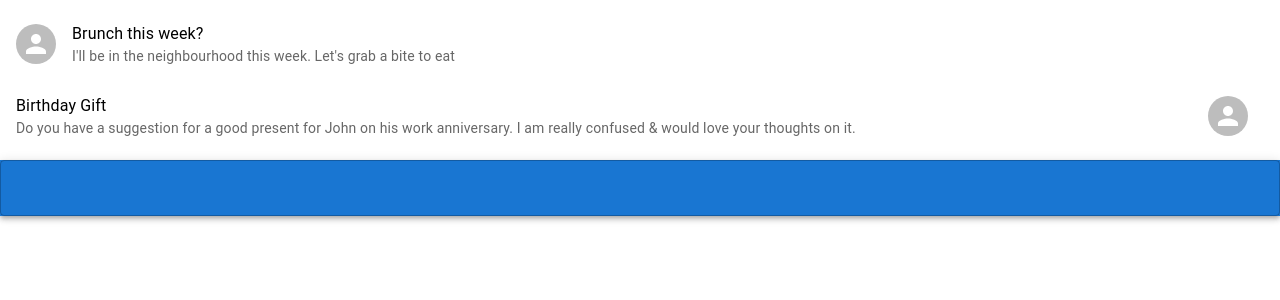
Repository: background-position/midway-react
Page: /chart
These files come from the project's save history. The page is drawn as it stood at one moment and after a run of saves; the edit follows.
The browser window is 1280 px wide. The pictures show the whole page.
The project was rebuilt for these pictures with package versions that can differ from the ones it lists, and the page was loaded fresh each time. Also part of the build but not shown: vite.config.ts, src/service/apis/lambda/index.ts, src/client/pages/login/login.tsx, src/client/pages/register/register.tsx.

Above is the page before, as saved 2021-12-31 18:02:06.

### src/main.tsx
import React from 'react';
import ReactDOM from 'react-dom';
import './index.css';
import App from './client/App';
import { BrowserRouter } from 'react-router-dom';
ReactDOM.render(
    <BrowserRouter>
        <React.StrictMode>
            <App />
        </React.StrictMode>
    </BrowserRouter>,
    document.getElementById('root'),
);

### src/client/App.tsx
import React from 'react';
import { Routes, Route } from 'react-router-dom';
import About from './pages/about/about';
import Login from './pages/login/login';
import Register from './pages/register/register';
import Chart from './pages/chart/index';
function App() {
    return (
        <div className="App">
            <Routes>
                <Route path="/" element={<Login />} />
                <Route path="/register" element={<Register />} />
                <Route path="/chart" element={<Chart />} />
            </Routes>
        </div>
    );
}
export default App;

### src/client/pages/chart/index.tsx
import React, { useState, useEffect, FC } from 'react';
import Container from '@mui/material/Container';
import Header from './components/header';
import Chart from './components/chart';

interface PageProps {}
const App: FC<PageProps> = () => {
    return <Chart />;
};
export default App;

### src/client/pages/chart/components/chart.tsx
import React, { useState, useEffect, FC } from 'react';
import { chartList } from './res';
import { styled } from '@mui/material/styles';
import TextField from '@mui/material/TextField';
import AppBar from '@mui/material/AppBar';
import Box from '@mui/material/Box';
import CssBaseline from '@mui/material/CssBaseline';
import Toolbar from '@mui/material/Toolbar';
import Typography from '@mui/material/Typography';
import IconButton from '@mui/material/IconButton';
import Paper from '@mui/material/Paper';
import Fab from '@mui/material/Fab';
import List from '@mui/material/List';
import ListItem from '@mui/material/ListItem';
import ListItemAvatar from '@mui/material/ListItemAvatar';
import ListItemText from '@mui/material/ListItemText';
import ListSubheader from '@mui/material/ListSubheader';
import Avatar from '@mui/material/Avatar';
import MenuIcon from '@mui/icons-material/Menu';
import AddIcon from '@mui/icons-material/Add';
import SearchIcon from '@mui/icons-material/Search';
import MoreIcon from '@mui/icons-material/MoreVert';
import { makeStyles } from '@material-ui/styles';
interface PageProps {}
const useStyles = makeStyles({
    root: {
        backgroundColor: 'red',
        width: '200px',
    },
});

const App: FC<PageProps> = () => {
    const classes = useStyles();
    return (
        <div>
            <List sx={{ mb: 2, marginBottom: '0px' }}>
                {chartList.map(({ id, nickname, content, isMe }) => (
                    <React.Fragment key={id}>
                        {isMe ? (
                            <ListItem button>
                                <ListItemText
                                    primary={nickname}
                                    secondary={content}
                                />
                                <ListItemAvatar>
                                    <Avatar alt="Profile Picture" />
                                </ListItemAvatar>
                            </ListItem>
                        ) : (
                            <ListItem button>
                                <ListItemAvatar>
                                    <Avatar alt="Profile Picture" />
                                </ListItemAvatar>
                                <ListItemText
                                    primary={nickname}
                                    secondary={content}
                                />
                            </ListItem>
                        )}
                    </React.Fragment>
                ))}
            </List>
            <AppBar position="sticky" sx={{ top: 'auto', bottom: 0 }}>
                <TextField id="outlined-basic" variant="outlined" />
            </AppBar>
        </div>
    );
};
export default App;

### src/client/pages/chart/components/res.ts
interface chartItem {
    id?: string | number;
    nickname: string;
    content: string;
    logo?: string;
    isMe: boolean;
    [propname: string]: any;
}
export const chartList: Array<chartItem> = [
    {
        id: 1,
        nickname: 'Brunch this week?',
        content:
            "I'll be in the neighbourhood this week. Let's grab a bite to eat",
        isMe: false,
    },
    {
        id: 2,
        nickname: 'Birthday Gift',
        content: `Do you have a suggestion for a good present for John on his work
        anniversary. I am really confused & would love your thoughts on it.`,
        isMe: true,
    },
    // {
    //     id: 3,
    //     nickname: 'Recipe to try',
    //     content:
    //         'I am try out this new BBQ recipe, I think this might be amazing',
    //     isMe: false,
    // },
    // {
    //     id: 4,
    //     nickname: 'Yes!',
    //     content: 'I have the tickets to the ReactConf for this year.',
    //     isMe: false,
    // },
    // {
    //     id: 5,
    //     nickname: "Doctor's Appointment",
    //     content:
    //         'My appointment for the doctor was rescheduled for next Saturday.',
    //     isMe: false,
    // },
    // {
    //     id: 6,
    //     nickname: 'Discussion',
    //     content: `Menus that are generated by the bottom app bar (such as a bottom
    //     navigation drawer or overflow menu) open as bottom sheets at a higher elevation
    //     than the bar.`,
    //     isMe: true,
    // },
    // {
    //     id: 7,
    //     nickname: 'Summer BBQ',
    //     content: `Who wants to have a cookout this weekend? I just got some furniture
    //     for my backyard and would love to fire up the grill.`,
    //     isMe: true,
    // },
    // {
    //     id: 71,
    //     nickname: 'Summer BBQ',
    //     content: `Who wants to have a cookout this weekend? I just got some furniture
    //     for my backyard and would love to fire up the grill.`,
    //     isMe: false,
    // },
    // {
    //     id: 72,
    //     nickname: 'Summer BBQ',
    //     content: `Who wants to have a cookout this weekend? I just got some furniture
    //     for my backyard and would love to fire up the grill.`,
    //     isMe: false,
    // },
    // {
    //     id: 73,
    //     nickname: 'Summer BBQ',
    //     content: `Who wants to have a cookout this weekend? I just got some furniture
    //     for my backyard and would love to fire up the grill.`,
    //     isMe: true,
    // },
    // {
    //     id: 74,
    //     nickname: 'Summer BBQ',
    //     content: `Who wants to have a cookout this weekend? I just got some furniture
    //     for my backyard and would love to fire up the grill.`,
    //     isMe: false,
    // },
    // {
    //     id: 75,
    //     nickname: 'Summer BBQ',
    //     content: `Who wants to have a cookout this weekend? I just got some furniture
    //     for my backyard and would love to fire up the grill.`,
    //     isMe: true,
    // },
];

Loaded but not shown: index.html (common file); src/index.css (common file)

After the next 4 saves:
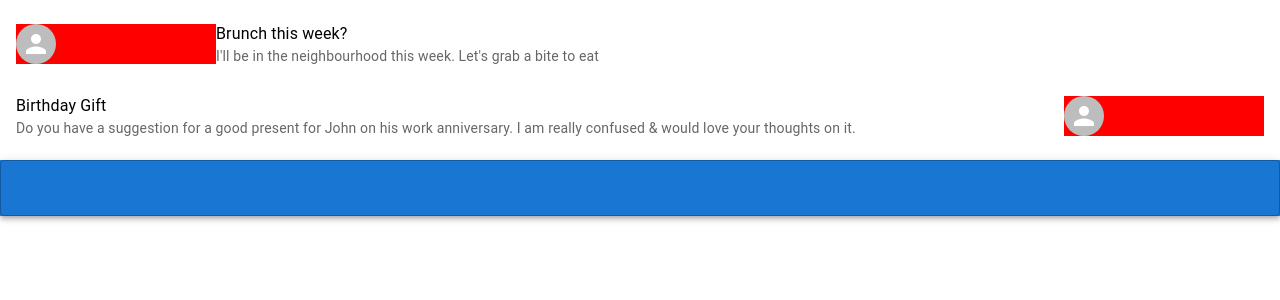
The 4 saves are shown as one change because they came seconds apart.
The last was saved 25 s later.
--- a/src/client/pages/chart/components/chart.tsx
+++ b/src/client/pages/chart/components/chart.tsx
@@ -42,13 +42,13 @@ const App: FC<PageProps> = () => {
                                     primary={nickname}
                                     secondary={content}
                                 />
-                                <ListItemAvatar>
+                                <ListItemAvatar className={classes.root}>
                                     <Avatar alt="Profile Picture" />
                                 </ListItemAvatar>
                             </ListItem>
                         ) : (
                             <ListItem button>
-                                <ListItemAvatar>
+                                <ListItemAvatar className={classes.root}>
                                     <Avatar alt="Profile Picture" />
                                 </ListItemAvatar>
                                 <ListItemText
